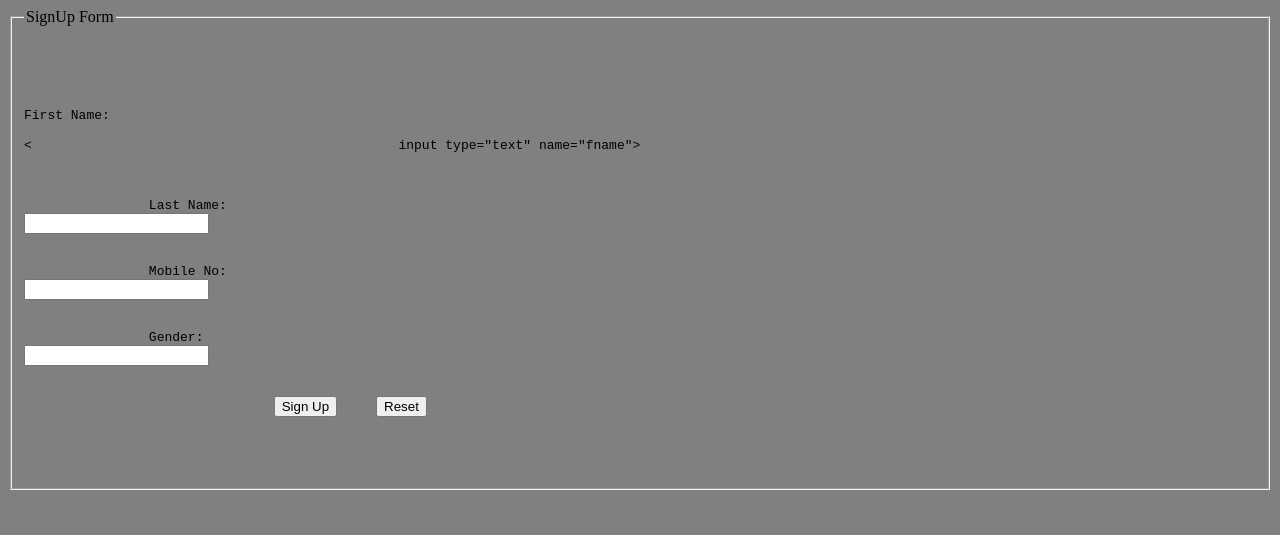
Repository: USChaurasiya/SpringCore
Page: http://localhost/SpringExample/
An editor plug-in stored every save of this project. The page is shown before and after the next save, followed by the edit.
The browser window is 1280 px wide. The pictures show the whole page.
The page is served by Tomcat 9. Other server files are loaded and not shown.

Above is the page before, as saved 2017-02-14 07:40:49.

### SpringExample/WebContent/Signup.jsp
<%@ page language="java" contentType="text/html; charset=UTF-8"
	pageEncoding="UTF-8"%>
<!DOCTYPE html PUBLIC "-//W3C//DTD HTML 4.01 Transitional//EN" "http://www.w3.org/TR/html4/loose.dtd">
<html>
<head>
<meta http-equiv="Content-Type" content="text/html; charset=UTF-8">
<title>Insert title here</title>
</head>
<body bgcolor="grey">


	<form action="signup.do" method="post">
	<fieldset>
		<legend >SignUp Form</legend>
		      <pre>
                <div>
					<div>First Name: </div>
<						input type="text" name="fname">
					</div>

                <span>Last Name: </span> <div><input type="text" name="lname"></div>

                <span>Mobile No: </span> <div><input type="text" name="mobile"></div>

                <span>Gender: </span>  <div><input type="text" name="gender"></div>

				<span><input type="submit" value="Sign Up">     <input type="reset"></span>

			</pre>
		     </fieldset>
	</form>

</body>
</html>

After the next save:
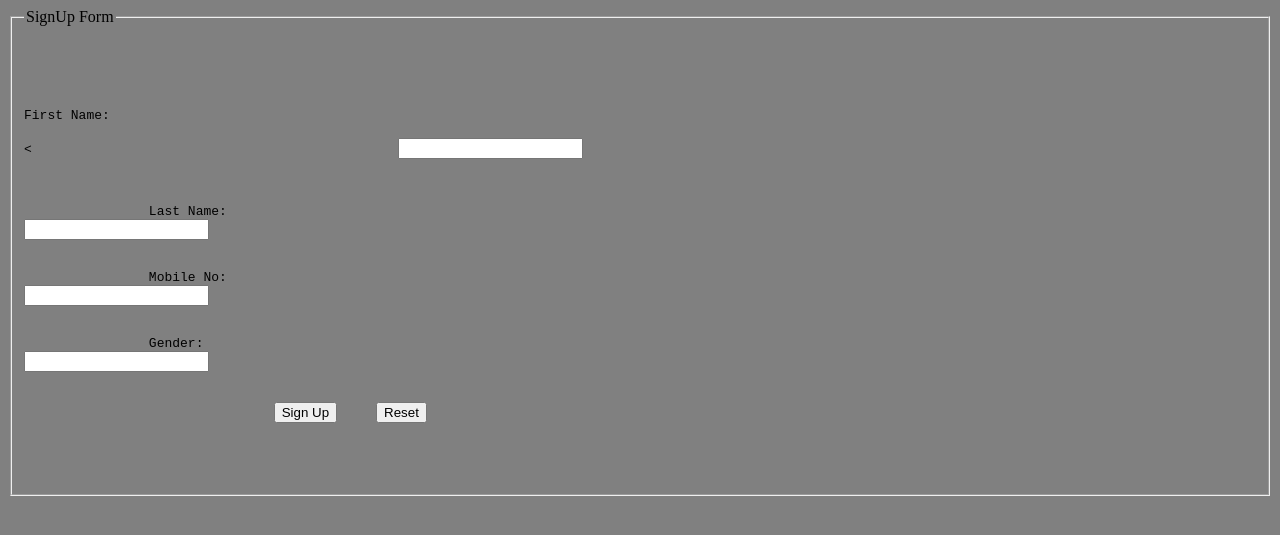
Saved 12 s later.
--- a/SpringExample/WebContent/Signup.jsp
+++ b/SpringExample/WebContent/Signup.jsp
@@ -15,7 +15,7 @@
 		      <pre>
                 <div>
 					<div>First Name: </div>
-<						input type="text" name="fname">
+<						<input type="text" name="fname">
 					</div>
 
                 <span>Last Name: </span> <div><input type="text" name="lname"></div>
